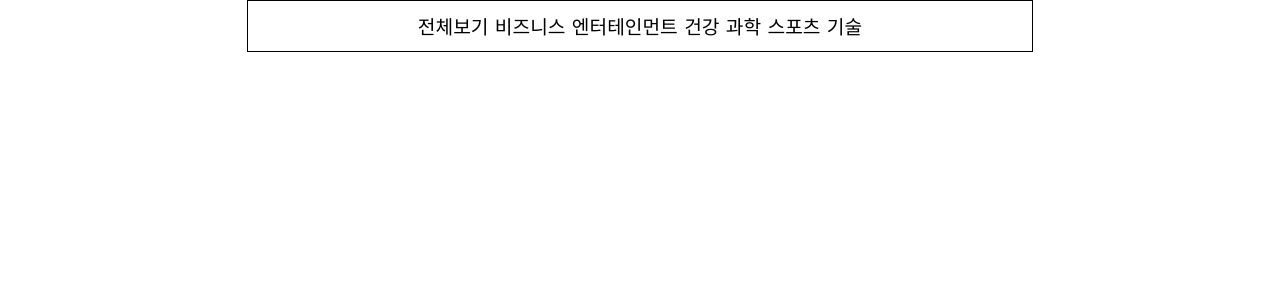
Repository: parkhyeonki/news-viewer
Page: /
These files come from the project's save history. The page is drawn as it stood at one moment and after the next save; the edit follows.
The browser window is 1280 px wide. The pictures show the whole page.
The page's requests for data from a server got no answer. The project was rebuilt for these pictures with package versions that can differ from the ones it lists, and the page was loaded fresh each time. No one was signed in, and anything a server would have sent is missing. Also part of the build but not shown: src/App.css, src/components/NewsItem/NewsItem.js.

Above is the page before, as saved 2022-05-19 15:49:07.

### src/App.js
import './App.css';
import Categories from './components/Categories/Categories';
import NewsList from './components/NewsList/NewsList';

function App() {
  return (
    <>
      <Categories />
      <NewsList />
    </>
  );
}

export default App;

### src/components/Categories/Categories.js
import React from 'react';
import styled from 'styled-components';
const categories = [
  {
    name: 'all',
    text: '전체보기',
  },
  {
    name: 'business',
    text: '비즈니스',
  },
  {
    name: 'entertainment',
    text: '엔터테인먼트',
  },
  {
    name: 'health',
    text: '건강',
  },
  {
    name: 'science',
    text: '과학',
  },
  {
    name: 'sports',
    text: '스포츠',
  },
  {
    name: 'technology',
    text: '기술',
  },
];

const CategoriesBlock = styled.div`
  display: flex;
  align-items: center;
  justify-content: center;
  border: 1px solid black;
  width: 768px;
  margin: 0 auto;
  padding: 0.5rem;
  font-size: 1.2rem;
`;

const Category = styled.div`
  padding: 0.2rem;
`;

const Categories = () => {
  return (
    <CategoriesBlock>
      {categories.map((category) => (
        <Category key={category.name}>{category.text}</Category>
      ))}
    </CategoriesBlock>
  );
};

export default Categories;

### src/components/NewsList/NewsList.js
import axios from 'axios';
import React, { useEffect, useState } from 'react';
import styled from 'styled-components';
import NewsItem from '../NewsItem/NewsItem';
const NewsListBlock = styled.div`
  box-sizing: border-box;
  padding-bottom: 3rem;
  width: 768px;
  margin: 0 auto;
  margin-top: 2rem;
  @media screen and (max-width: 768px) {
    width: 100%;
    padding-left: 1rem;
    padding-right: 1rem;
  }
`;
const NewsList = () => {
  const [articles, setArticles] = useState(null);
  const [loading, setLoading] = useState(false);

  useEffect(() => {
    const fetchData = async () => {
      setLoading(true);
      try {
        const response = await axios.get(
          'https://newsapi.org/v2/top-headlines?country=kr&category=business&apiKey=05f1b59ba99c4b2cb7579cb88e16cfcd',
        );
        setArticles(response.data.articles);
      } catch (e) {
        console.log(e);
      }
      setLoading(false);
    };
    fetchData();
  }, []);

  if (loading) {
    return <NewsListBlock>loading...</NewsListBlock>;
  }

  if (!articles) {
    return null;
  }
  return (
    <NewsListBlock>
      {articles.map((article) => (
        <NewsItem key={article.url} article={article} />
      ))}
    </NewsListBlock>
  );
};

export default NewsList;

Loaded but not shown: public/index.html (common file); src/index.js (common file); src/index.css (common file); src/reportWebVitals.js (common file)

After the next save:
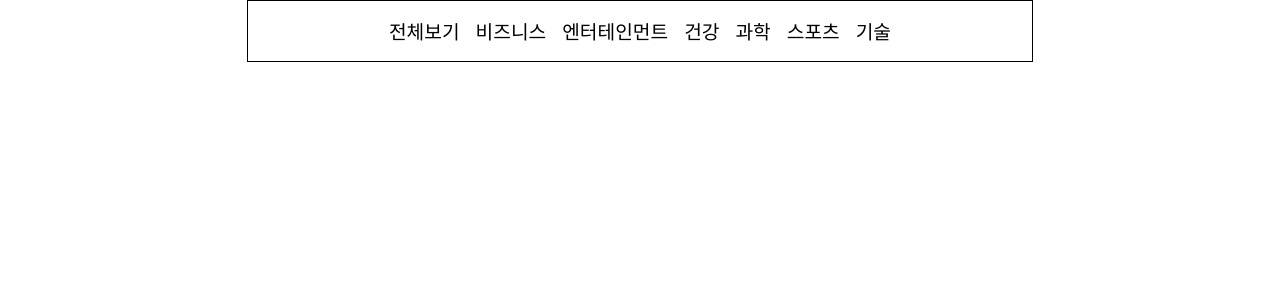
Saved 25 s later.
--- a/src/components/Categories/Categories.js
+++ b/src/components/Categories/Categories.js
@@ -43,7 +43,7 @@ const CategoriesBlock = styled.div`
 `;
 
 const Category = styled.div`
-  padding: 0.2rem;
+  padding: 0.5rem;
 `;
 
 const Categories = () => {
